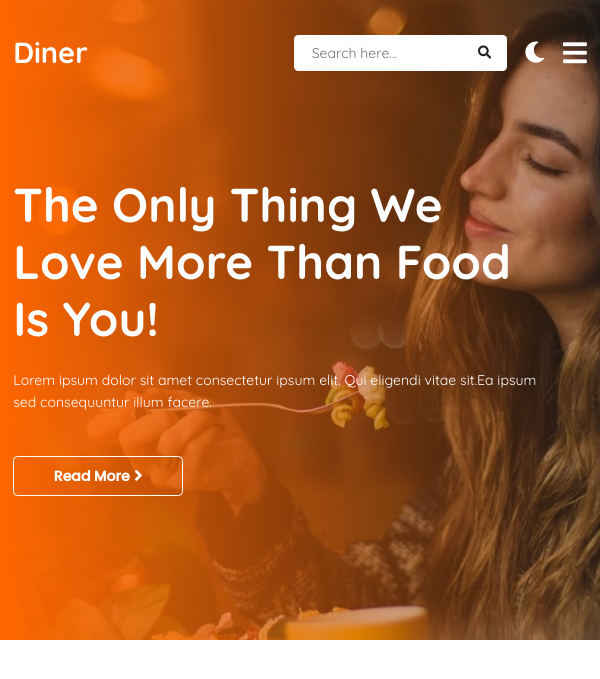
Repository: baobaodeveloper/bootscap21_project_AnhBao_VietToan_VietDuc
Page: index.html
An editor plug-in stored every save of this project. The page is shown before and after the next save, followed by the edit.
The browser window is 600 px wide. The pictures show the whole page.

Above is the page before, as saved 2022-03-03 08:52:23.

### index.html
<!DOCTYPE html>
<html lang="en">
  <head>
    <meta charset="UTF-8" />
    <meta http-equiv="X-UA-Compatible" content="IE=edge" />
    <meta name="viewport" content="width=device-width, initial-scale=1.0" />

    <!-- fontawesome link cdn -->
    <link
      rel="stylesheet"
      href="https://cdnjs.cloudflare.com/ajax/libs/font-awesome/5.15.4/css/all.min.css"
      integrity="sha512-1ycn6IcaQQ40/MKBW2W4Rhis/DbILU74C1vSrLJxCq57o941Ym01SwNsOMqvEBFlcgUa6xLiPY/NS5R+E6ztJQ=="
      crossorigin="anonymous"
      referrerpolicy="no-referrer"
    />

    <!-- font -->
    <link rel="preconnect" href="https://fonts.googleapis.com" />
    <link rel="preconnect" href="https://fonts.gstatic.com" crossorigin />
    <link
      href="https://fonts.googleapis.com/css2?family=Pacifico&family=Poppins:wght@300;400;500&family=Quicksand:wght@300;400;500;600;700&display=swap"
      rel="stylesheet"
    />

    <link rel="stylesheet" href="style.css" />
    <title>Diner</title>
  </head>
  <body>
    <header class="header">
      <div class="header__wrapper container">
        <div class="header__top">
          <a class="header__logo" href="#">Diner</a>

          <div class="header__navbar">
            <form class="navbar__search">
              <input type="search" placeholder="Search here..." id="search" />
              <label for="search" class="fas fa-search"></label>
            </form>

            <div class="mode__container">
              <i class="fas fa-sun" id="dark"></i>
              <i class="fas fa-moon" id="light"></i>
            </div>

            <div class="fa fa-bars" id="menu-button"></div>
          </div>

          <nav class="navbar__list">
            <i class="fas fa-times" id="close-button"></i>
            <a href="#">home</a>
            <a href="#">about</a>
            <a href="#">services</a>
            <a href="#">blogs</a>
            <a href="#">404</a>
            <a href="#">landing page</a>
            <a href="#">contact</a>
            <a href="#">shot codes</a>
            <a href="#">email</a>
          </nav>
        </div>

        <div class="header__content">
          <h2>the only thing we love more than food is you!</h2>
          <p>
            Lorem ipsum dolor sit amet consectetur ipsum elit. Qui eligendi
            vitae sit.Ea ipsum sed consequuntur illum facere.
          </p>
          <a href="#" class="btn"
            >read more <i class="fas fa-angle-right"></i
          ></a>
        </div>
      </div>
    </header>

    <script src="app.js"></script>
  </body>
</html>

### style.css
* {
  padding: 0;
  margin: 0;
  box-sizing: border-box;
}

:root {
  --primary-font: "Quicksand", sans-serif;
  --secondary-font: "Pacifico", cursive;
  --third-font: "Poppins", sans-serif;
  --primary-color: #ff6600;
  --title-color: #232121;
  --white-color: #fff;
  --text-color: #161c2db3;
  --price-color: #ffc600;
}

img {
  display: block;
  max-width: 100%;
}

button,
input {
  display: inline-block;
  border: none;

  font-family: var(--primary-font);
  font-size: 1.6rem;

  outline: none;
}

a {
  display: inline-block;
  text-decoration: none;
}

html {
  font-size: 62.5%;
}

.container {
  max-width: 1200px;
  margin: 0 auto;
  padding: 0 1.5rem;
}

body {
  color: var(--title-color);

  font-family: var(--primary-font);
  font-size: 1.8rem;
  line-height: 1.2;
}

.btn {
  display: inline-flex;
  align-items: center;
  padding: 1.2rem 4.5rem;
  border-radius: 0.5rem;
  border: 1.5px solid var(--white-color);

  color: var(--white-color);
  background-color: transparent;

  font-family: var(--third-font);
  font-size: 1.6rem;
  text-transform: capitalize;
  font-weight: bold;

  transition: 0.4s linear;
}

.btn i {
  display: inline-block;
  margin-left: 0.5rem;

  font-size: 2rem;
}

.btn:hover {
  background-color: var(--white-color);
  color: var(--primary-color);
}

/* header section starts */
#dark {
  display: none;
}

.header {
  background-image: linear-gradient(to right, #ff6600, hsl(30deg 100% 1% / 20%)),
    url(./image/banner1.jpg);

  background-size: cover;
  background-repeat: no-repeat;
  background-attachment: fixed;

  min-height: 80vh;
}

.header__top {
  display: flex;
  justify-content: space-between;
  padding-top: 4rem;
  padding-bottom: 2rem;
}

.header__logo {
  color: var(--white-color);

  font-size: 3.3rem;
  font-weight: bold;
}

.navbar__search {
  position: relative;
}

.navbar__search input {
  padding: 1rem 5rem 1rem 2rem;

  border-radius: 0.5rem;

  color: var(--text-color);
}

.navbar__search label {
  position: absolute;
  top: 50%;
  right: 2.5rem;

  transform: translate(50%, -50%);

  font-size: 1.5rem;

  cursor: pointer;
}

.header__navbar {
  display: flex;
  justify-content: space-between;
  align-items: center;
  gap: 2rem;
}

.mode__container,
#menu-button {
  color: var(--white-color);

  cursor: pointer;
}

.mode__container {
  font-size: 2.4rem;
}

#menu-button {
  font-size: 3.1rem;
}

.header__content {
  max-width: 60rem;
  margin-top: 10rem;

  color: var(--white-color);
}

.header__content h2 {
  font-size: 5.4rem;

  text-transform: capitalize;
}

.header__content p {
  margin: 2.4rem 0 4.8rem;

  font-size: 1.6rem;
  line-height: 1.6;
}

.navbar__list {
  position: fixed;
  top: 0;
  left: 0;
  width: 100vw;
  height: 100vh;
  z-index: 20;

  display: flex;
  flex-direction: column;
  align-items: center;
  justify-content: center;

  visibility: hidden;
  opacity: 0;
  transform: scale(0.9);

  background-color: rgb(6 3 0 / 77%);

  transition: transform 0.3s, opacity 0.9s, visibility 0s 0.4s;
}

.navbar__list.active {
  visibility: visible;
  opacity: 1;
  transform: scale(1);

  transition: transform 0.4s, opacity 0.4s;
}

.navbar__list a {
  margin: 1.5rem 0;

  color: var(--white-color);

  text-transform: capitalize;
  font-family: var(--third-font);
  font-size: 2rem;
  font-weight: 600;

  transition: 0.2s linear;
}

.navbar__list a:hover {
  color: var(--primary-color);
}

#close-button {
  position: absolute;
  top: 3rem;
  right: 3rem;
  z-index: 25;

  width: 3.5rem;
  height: 3.5rem;
  border-radius: 0.5rem;

  color: var(--white-color);
  background-color: var(--primary-color);

  line-height: 3.5rem;
  text-align: center;
  font-size: 1.6rem;

  cursor: pointer;
}

/* header section ends */

/* media query */

@media screen and (max-width: 767px) {
  html {
    font-size: 55%;
  }

  .header {
    background-position: center;
  }
}

### app.js
const menuBtn = document.getElementById("menu-button");
const navList = document.querySelector(".navbar__list");
const closBtn = document.getElementById("close-button");
menuBtn.addEventListener("click", () => {
  navList.classList.add("active");
});

closBtn.addEventListener("click", () => {
  navList.classList.remove("active");
});

After the next save:
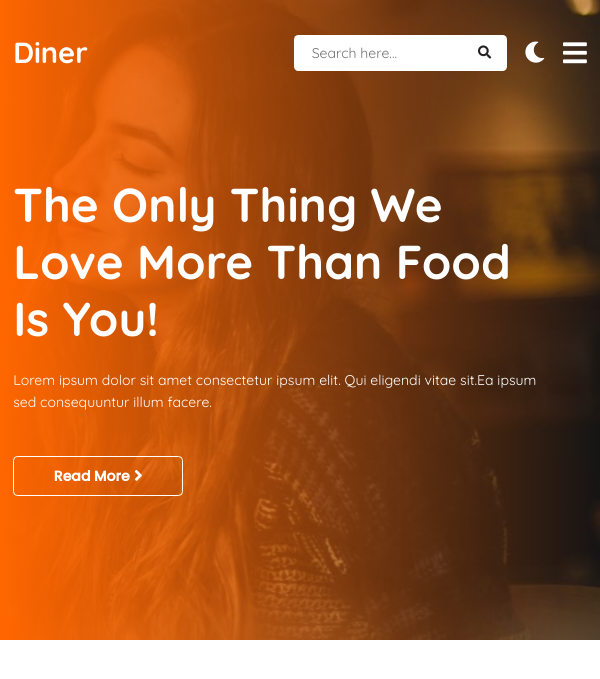
Saved 16 s later.
--- a/style.css
+++ b/style.css
@@ -257,6 +257,6 @@
   }
 
   .header {
-    background-position: center;
+    background-position: right;
   }
 }

After the 3 saves that followed:
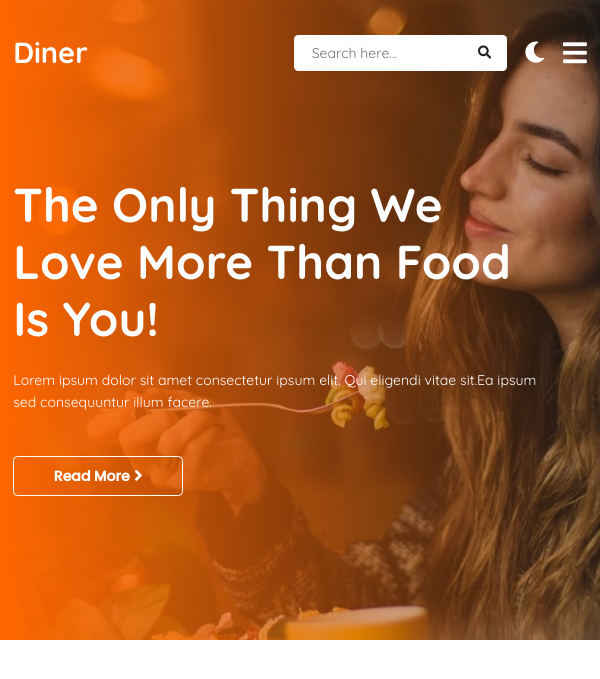
The 3 saves are shown as one change because 2 left the picture as it was.
The last was saved 31 s later.
--- a/style.css
+++ b/style.css
@@ -257,6 +257,6 @@
   }
 
   .header {
-    background-position: right;
+    background-position: center;
   }
 }
